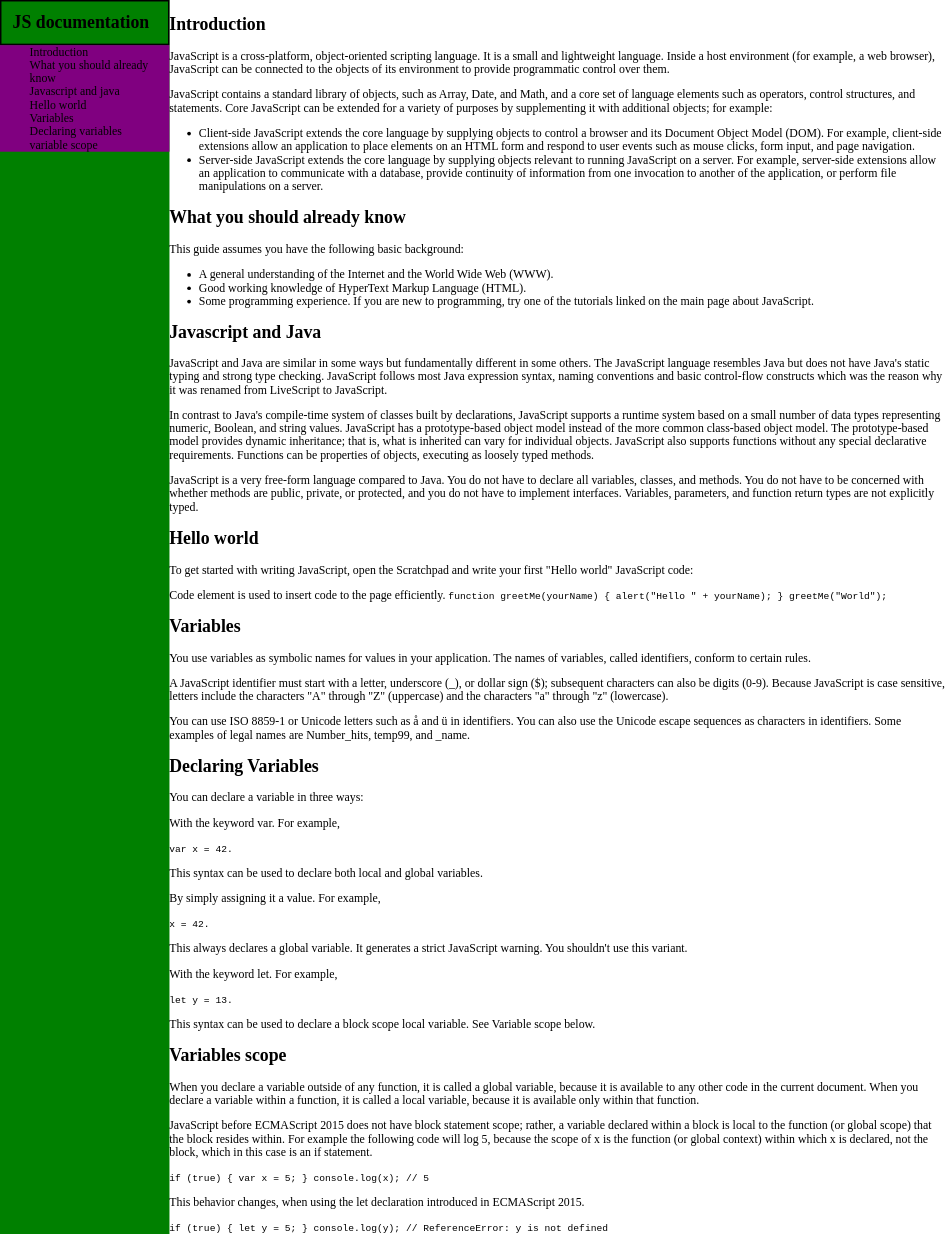
Repository: Pafestivo/Technical-documentation
Page: index.html
These files come from the project's save history. The page is drawn as it stood at one moment and after the next save; the edit follows.
The browser window is 1280 px wide. The pictures show the whole page, at 74% of full size.

Above is the page before, as saved 2022-09-07 13:11:25.

After the next save:
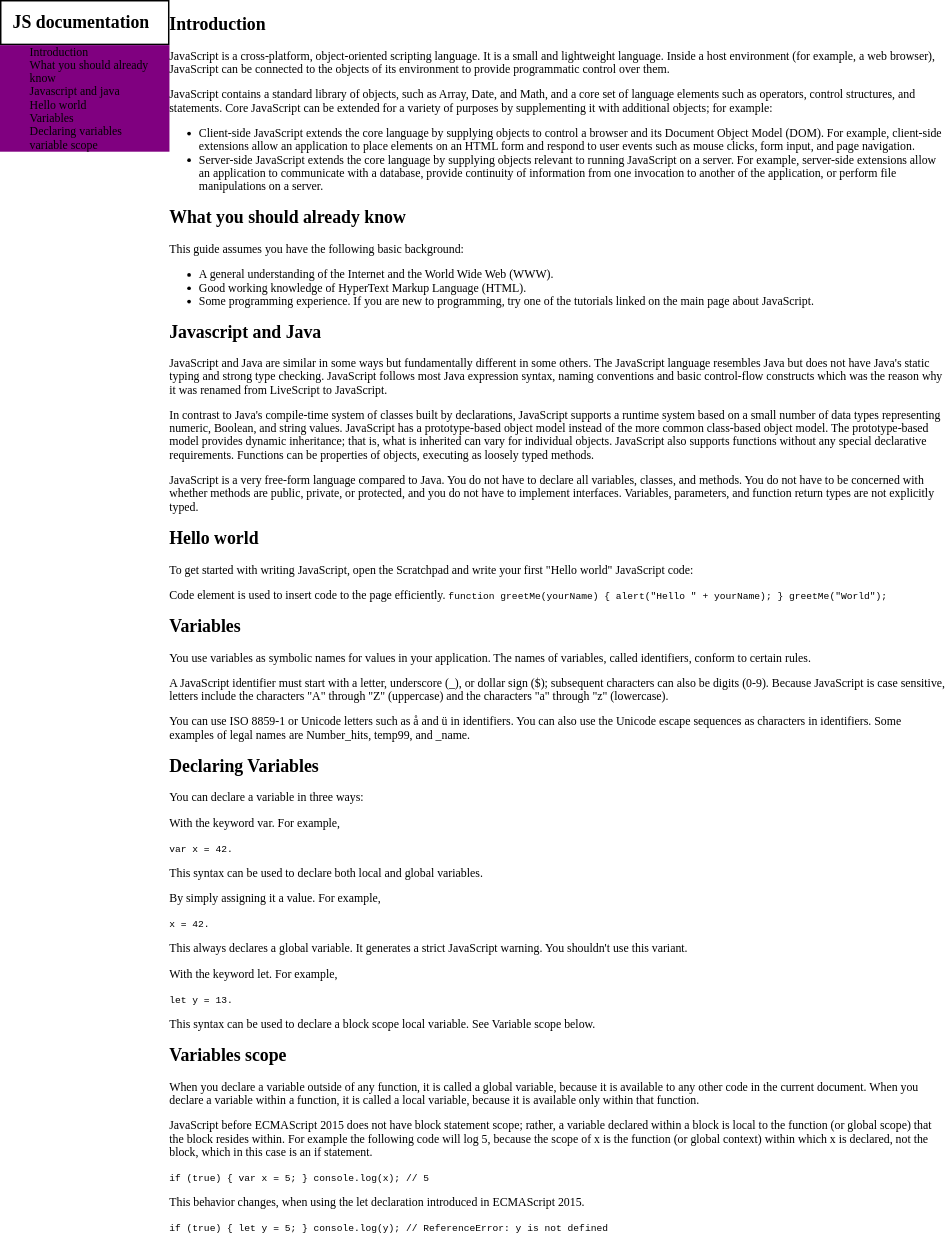
Saved 7 s later.
--- a/styles.css
+++ b/styles.css
@@ -11,7 +11,6 @@ body {
 
 /* Navigation bar  */
 #navbar {
-  background-color: green;
   width: 800px;
 }
 
